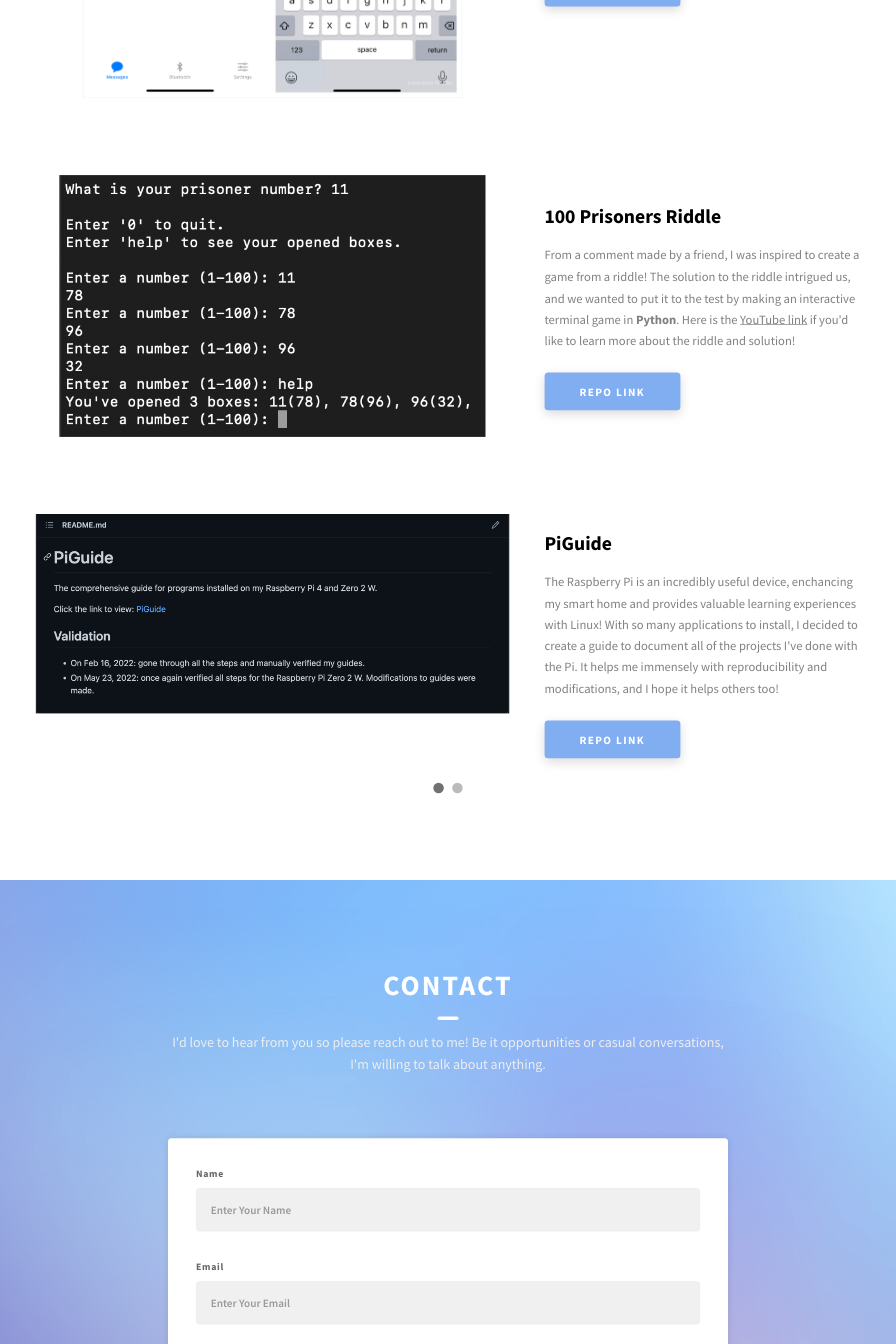
Repository: justinknguyen/Personal-Portfolio
Page: index.html
The author's editor kept a copy of each file at every save. The page is drawn from the files as they stood at one save, then again after the next save.
The browser window is 1280 px wide. The pictures show the part of the page from y = 3253 to 5173 px (the page is 6182 px tall before and 6147 px after), at 70% of full size.
The style sheet was rebuilt from its Sass, Less or Tailwind sources for each picture, by a compiler version that may differ from the author's.

Above is the page before, as saved 2022-09-09 21:18:39.

After the next save:
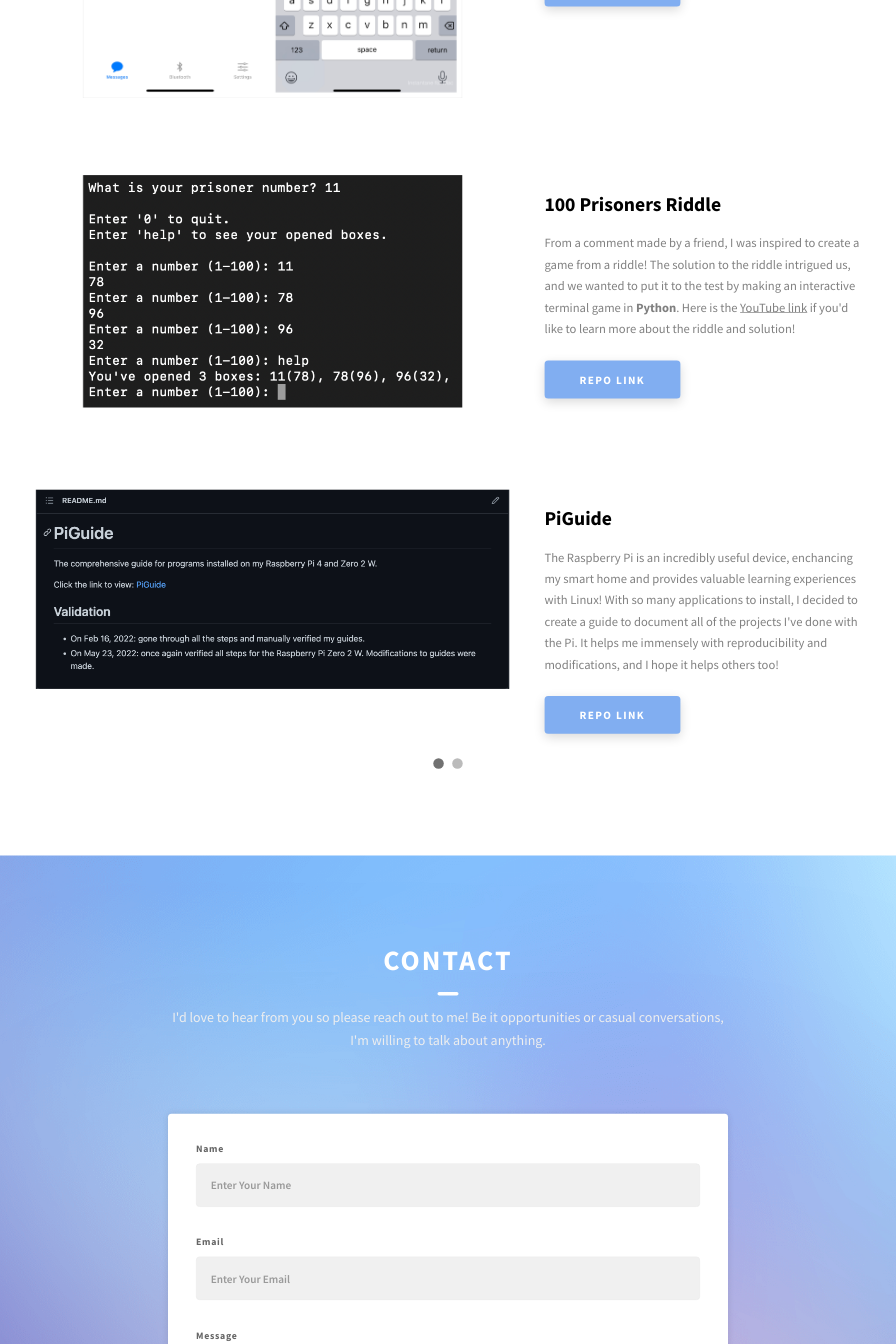
Saved 15 s later.
--- a/index.html
+++ b/index.html
@@ -286,10 +286,10 @@
                 <div class="projects__row-img-cont">
                   <img
                     src="./assets/png/prisoner-ss.png"
-                    style="width: 90%; position: relative; left: 50%; transform: translateX(-50%);"
-                    alt="Software Screenshot"
-                    class="projects__row-img"
-                    loading="lazy"
+                    alt="Software Screenshot"
+                    class="projects__row-img"
+                    loading="lazy"
+                    style="width: 80%;"
                   />
                 </div>
                 <div class="projects__row-content">
